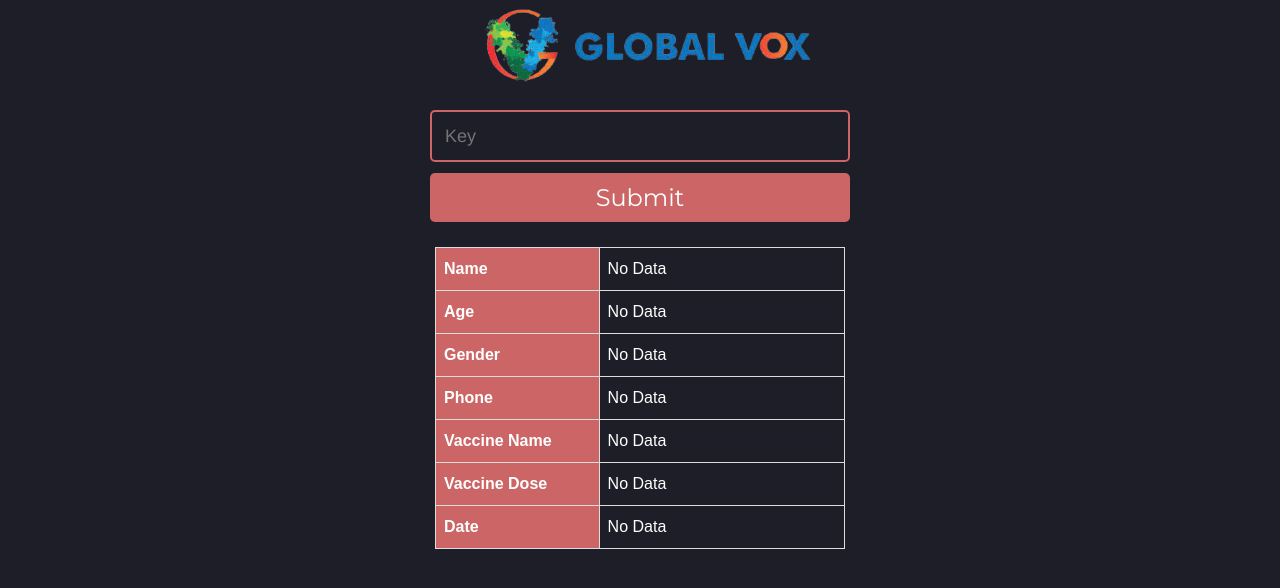
Repository: TheDARKFURY/Hyperledger-Fabric-Covid-Vaccine-Tracker-
Page: http://localhost/FebDemoNew/display.html
An editor plug-in stored every save of this project. The page is shown before and after the next save, followed by the edit.
The browser window is 1280 px wide. The pictures show the whole page.
The page is served by Tomcat 9.

Above is the page before, as saved 2022-02-25 12:14:07.

After the next save:
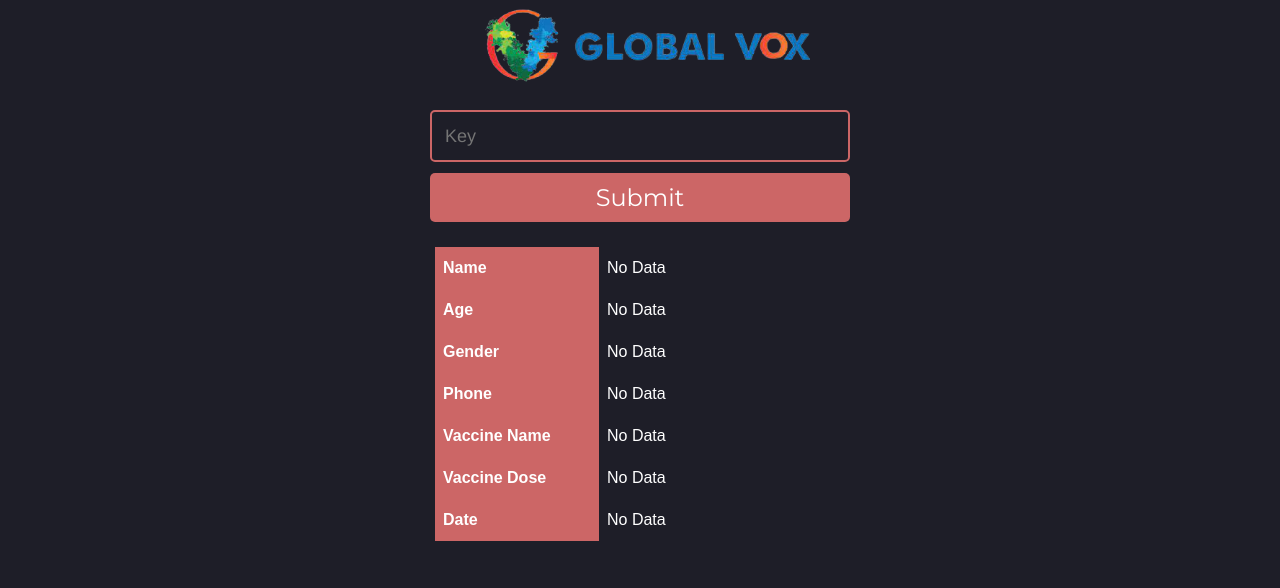
Saved 14 s later.
--- a/eclipse-workspace/FebDemoNew/src/main/webapp/style.css
+++ b/eclipse-workspace/FebDemoNew/src/main/webapp/style.css
@@ -108,7 +108,6 @@
 }
 
 table td, table th {
-  border: 1px solid #ddd;
   padding: 8px;
 }
 

After the save that followed:
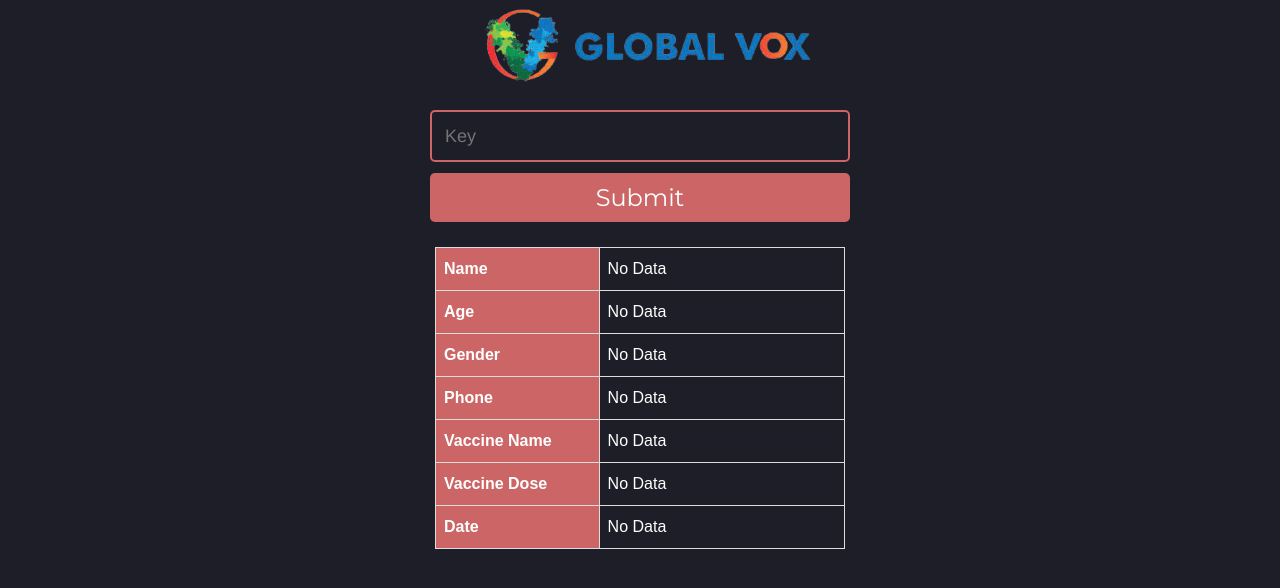
Saved 7 s later.
--- a/eclipse-workspace/FebDemoNew/src/main/webapp/style.css
+++ b/eclipse-workspace/FebDemoNew/src/main/webapp/style.css
@@ -108,6 +108,7 @@
 }
 
 table td, table th {
+  border: 1px solid #ddd;
   padding: 8px;
 }
 
